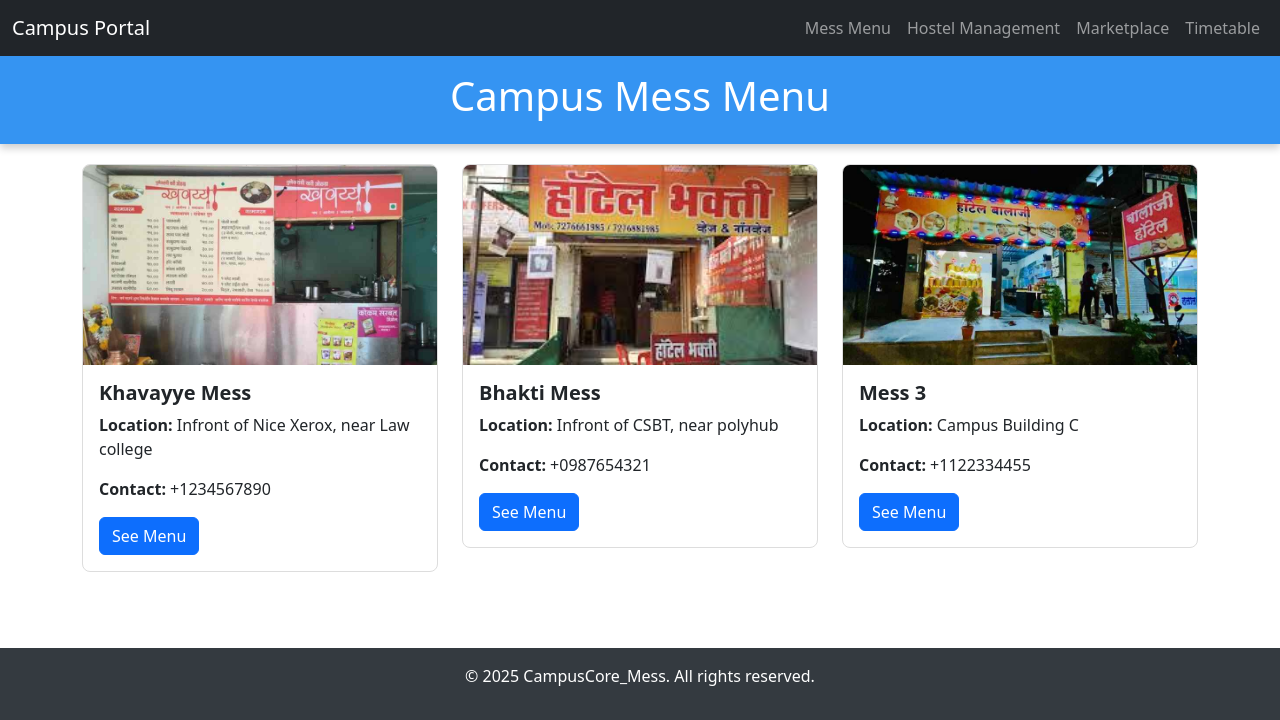
Repository: Pavanrajput123/Campus-Core
Page: http://localhost/Mess_menu
An editor plug-in stored every save of this project. The page is shown before and after the next save, followed by the edit.
The browser window is 1280 px wide. The pictures show the whole page.
The page is this project's Thymeleaf template; nobody is signed in. The template is opened directly, without the code that normally fills it, so the values that code supplies are empty.

Above is the page before, as saved 2025-04-12 07:16:40.

### student-management/src/main/resources/templates/Mess_menu.html
<!DOCTYPE html>
<html xmlns:th="http://www.thymeleaf.org" lang="en">
<head>
  <meta charset="UTF-8">
  <meta name="viewport" content="width=device-width, initial-scale=1.0">
  <title>Campus Mess Menu</title>
  <link href="https://cdn.jsdelivr.net/npm/bootstrap@5.3.0-alpha1/dist/css/bootstrap.min.css" rel="stylesheet">
  <style>
    html, body {
      height: 100%;
      margin: 0;
      display: flex;
      flex-direction: column;
    }

    main {
      flex: 1;
    }

    .mess-card {
      margin: 20px 0;
      border: 1px solid #ddd;
      border-radius: 8px;
      overflow: hidden;
    }

    .mess-card img {
      width: 100%;
      height: 200px;
      object-fit: cover;
    }

    .card-body h5 {
      font-weight: bold;
    }

    header {
      background-color: #3594f2;
      color: white;
      box-shadow: 0 4px 8px rgba(0, 0, 0, 0.2);
    }

    footer {
      background-color: #343a40;
      color: white;
      text-align: center;
      padding: 1rem;
    }
  </style>
</head>
<body>

  <!-- Navbar -->
  <nav class="navbar navbar-expand-lg navbar-dark bg-dark">
    <div class="container-fluid">
      <a class="navbar-brand" th:href="@{/dashboard}">Campus Portal</a>
      <button class="navbar-toggler" type="button" data-bs-toggle="collapse" data-bs-target="#navbarNav">
        <span class="navbar-toggler-icon"></span>
      </button>
      <div class="collapse navbar-collapse" id="navbarNav">
        <ul class="navbar-nav ms-auto">
          <li class="nav-item"><a class="nav-link" th:href="@{/mess-menu}">Mess Menu</a></li>
          <li class="nav-item"><a class="nav-link" th:href="@{/hostel}">Hostel Management</a></li>
          <li class="nav-item"><a class="nav-link" th:href="@{/marketplace}">Marketplace</a></li>
          <li class="nav-item"><a class="nav-link" th:href="@{/timetable}">Timetable</a></li>
        </ul>
      </div>
    </div>
  </nav>

  <!-- Header -->
  <header class="py-3 text-center">
    <h1>Campus Mess Menu</h1>
  </header>

  <!-- Main Content -->
  <main>
    <div class="container">
      <div class="row">

        <!-- Mess Card 1 -->
        <div class="col-md-4">
          <div class="card mess-card">
            <img th:src="@{/assets/khavayye2.jpg}" alt="Mess 1 Image">
            <div class="card-body">
              <h5 class="card-title">Khavayye Mess</h5>
              <p class="card-text"><strong>Location:</strong> Infront of Nice Xerox, near Law college</p>
              <p class="card-text"><strong>Contact:</strong> +1234567890</p>
              <a th:href="@{/menu1}" class="btn btn-primary">See Menu</a>
            </div>
          </div>
        </div>

        <!-- Mess Card 2 -->
        <div class="col-md-4">
          <div class="card mess-card">
            <img th:src="@{/assets/bhakti.jpeg}" alt="Mess 2 Image">
            <div class="card-body">
              <h5 class="card-title">Bhakti Mess</h5>
              <p class="card-text"><strong>Location:</strong> Infront of CSBT, near polyhub</p>
              <p class="card-text"><strong>Contact:</strong> +0987654321</p>
              <a th:href="@{/menu2}" class="btn btn-primary">See Menu</a>
            </div>
          </div>
        </div>

        <!-- Mess Card 3 -->
        <div class="col-md-4">
          <div class="card mess-card">
            <img th:src="@{/assets/balajimess.jpg}" alt="Mess 3 Image">
            <div class="card-body">
              <h5 class="card-title">Mess 3</h5>
              <p class="card-text"><strong>Location:</strong> Campus Building C</p>
              <p class="card-text"><strong>Contact:</strong> +1122334455</p>
              <a th:href="@{/menu3}" class="btn btn-primary">See Menu</a>
            </div>
          </div>
        </div>

      </div>
    </div>
  </main>

  <!-- Footer -->
  <footer>
    <p>&copy; 2025 CampusCore_Mess. All rights reserved.</p>
  </footer>

  <script src="https://cdn.jsdelivr.net/npm/bootstrap@5.3.0-alpha1/dist/js/bootstrap.bundle.min.js"></script>
</body>
</html>

After the next save:
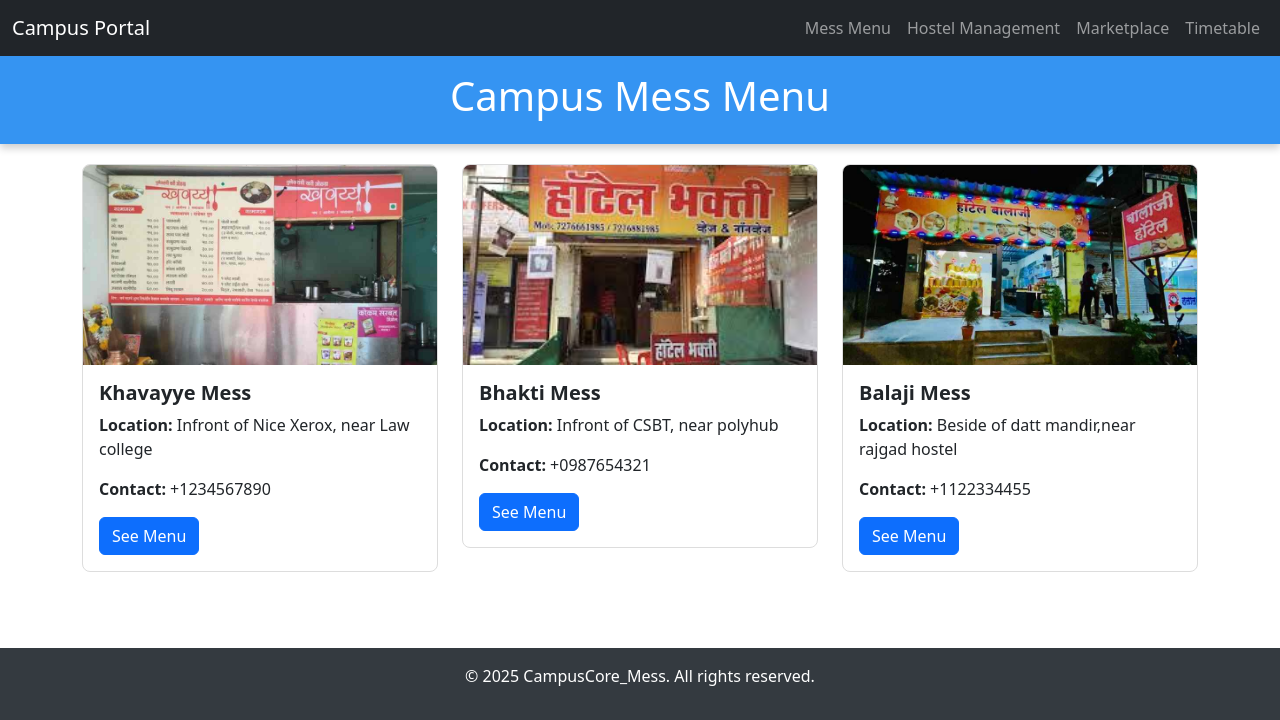
Saved 74 s later.
--- a/student-management/src/main/resources/templates/Mess_menu.html
+++ b/student-management/src/main/resources/templates/Mess_menu.html
@@ -109,8 +109,8 @@
           <div class="card mess-card">
             <img th:src="@{/assets/balajimess.jpg}" alt="Mess 3 Image">
             <div class="card-body">
-              <h5 class="card-title">Mess 3</h5>
-              <p class="card-text"><strong>Location:</strong> Campus Building C</p>
+              <h5 class="card-title">Balaji Mess</h5>
+              <p class="card-text"><strong>Location:</strong> Beside of datt mandir,near rajgad hostel</p>
               <p class="card-text"><strong>Contact:</strong> +1122334455</p>
               <a th:href="@{/menu3}" class="btn btn-primary">See Menu</a>
             </div>
